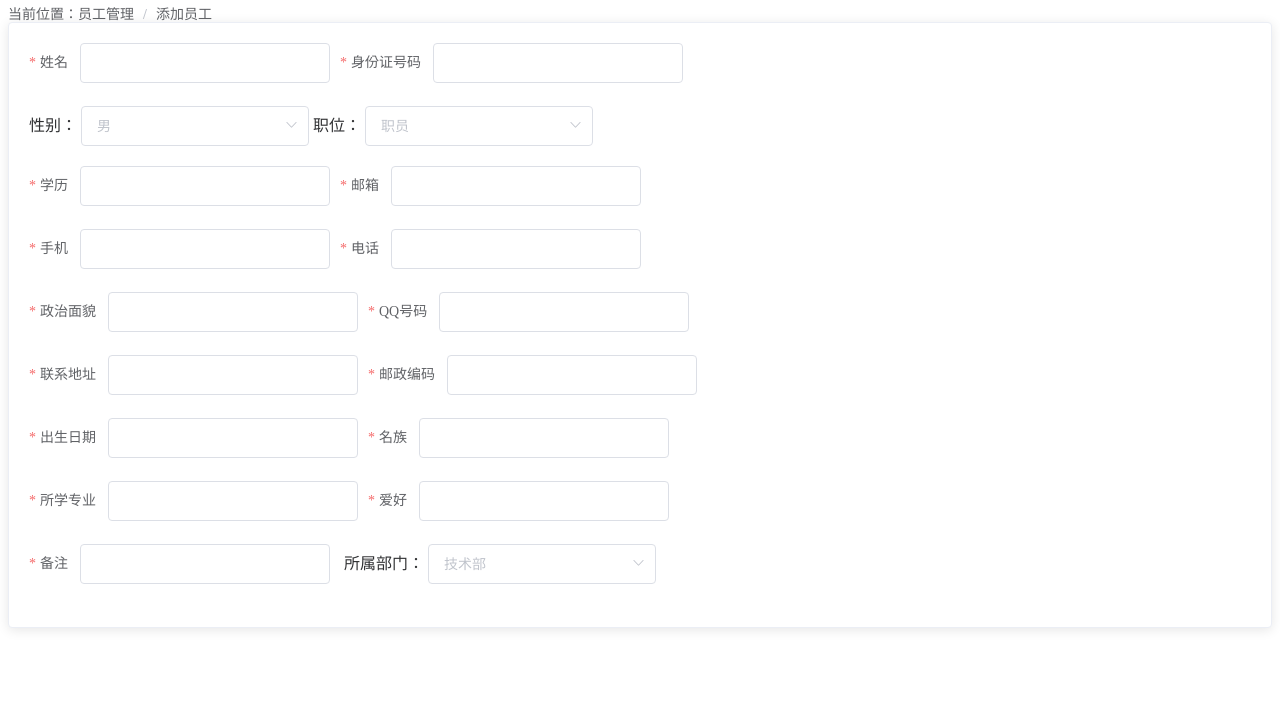
Repository: YUNjwyao/vue_hrm
Page: /#/addEmployee
The author's editor kept a copy of each file at every save. The page is drawn from the files as they stood at one save, then again after the next save.
The browser window is 1280 px wide. The pictures show the whole page.
The project was rebuilt for these pictures with package versions that can differ from the ones it lists, and the page was loaded fresh each time. Also part of the build but not shown: src/components/Employee/EmployeeQuery.vue.

Above is the page before, as saved 2020-10-15 20:43:58.

### src/App.vue
<template>
  <div id="app">
     <!-- 路由占位符 -->
     <router-view></router-view>
  </div>
</template>

<script>

export default {

}
</script>

<style lang="less" scoped>

</style>

### src/router/index.js
import Vue from 'vue'
import VueRouter from 'vue-router'
import EmployeeQuery from '../components/Employee/EmployeeQuery.vue'
import ShowAddEmployee from '../components/Employee/ShowAddEmployee.vue'

Vue.use(VueRouter)

const routes = [
 {
   path: '/employee',component: EmployeeQuery
 },
 {
   path: '/addEmployee',component: ShowAddEmployee
 }
]

const router = new VueRouter({
  routes
})

export default router

### src/plugins/element.js
import Vue from 'vue'
import {
    Button,
    Breadcrumb,
    BreadcrumbItem,
    Card,
    Select,
    Option,
    Input,
    Row,
    Table,
    TableColumn,
    Pagination,
    Form,
    FormItem
} from 'element-ui'


Vue.use(Button)
Vue.use(Breadcrumb)
Vue.use(BreadcrumbItem)
Vue.use(Card)
Vue.use(Select)
Vue.use(Option)
Vue.use(Input)
Vue.use(Row)
Vue.use(Table)
Vue.use(TableColumn)
Vue.use(Pagination)
Vue.use(Form)
Vue.use(FormItem)

### src/components/Employee/ShowAddEmployee.vue
<template>
  <div>
    <!-- 面包屑导航 -->
    <el-breadcrumb separator="/">
      <el-breadcrumb-item>当前位置：员工管理</el-breadcrumb-item>
      <el-breadcrumb-item><a href="/">添加员工</a></el-breadcrumb-item>
    </el-breadcrumb>
    <!-- 表单 -->
    <el-card>
      <el-form
        :model="addForm"
        :rules="addFormRules"
        ref="addFormRef"
        :inline="true"
      >
        <el-row>
          <el-col :span="8">
            <el-form-item label="姓名" prop="name">
              <el-input v-model="addForm.name"></el-input>
            </el-form-item>
          </el-col>
          <el-col :span="8">
            <el-form-item label="身份证号码" prop="IdNumber">
              <el-input v-model="addForm.IdNumber"></el-input>
            </el-form-item>
          </el-col>
        </el-row>
    <!-- 选择框 -->
	<el-row>
		<el-col :span="8">
           性别：
	  <el-select v-model="value" placeholder="男">
          <el-option
            v-for="item in options"
            :key="item.value"
            :label="item.label"
            :value="item.value"
          >
          </el-option>
        </el-select>
		</el-col>
		<el-col :span="8">
              职位：
	  <el-select v-model="value" placeholder="职员">
          <el-option
            v-for="item in optionsJob"
            :key="item.value"
            :label="item.label"
            :value="item.value"
          >
          </el-option>
        </el-select>
		</el-col>
	</el-row>


        <el-row>
          <el-col :span="8">
            <el-form-item label="学历" prop="name">
              <el-input v-model="addForm.name"></el-input>
            </el-form-item>
          </el-col>
          <el-col :span="8">
            <el-form-item label="邮箱" prop="IdNumber">
              <el-input v-model="addForm.IdNumber"></el-input>
            </el-form-item>
          </el-col>
        </el-row>

		<el-row>
          <el-col :span="8">
            <el-form-item label="手机" prop="name">
              <el-input v-model="addForm.name"></el-input>
            </el-form-item>
          </el-col>
          <el-col :span="8">
            <el-form-item label="电话" prop="IdNumber">
              <el-input v-model="addForm.IdNumber"></el-input>
            </el-form-item>
          </el-col>
        </el-row>

   <el-row>
          <el-col :span="8">
            <el-form-item label="政治面貌" prop="name">
              <el-input v-model="addForm.name"></el-input>
            </el-form-item>
          </el-col>
          <el-col :span="8">
            <el-form-item label="QQ号码" prop="IdNumber">
              <el-input v-model="addForm.IdNumber"></el-input>
            </el-form-item>
          </el-col>
        </el-row>
		<el-row>
          <el-col :span="8">
            <el-form-item label="联系地址" prop="name">
              <el-input v-model="addForm.name"></el-input>
            </el-form-item>
          </el-col>
          <el-col :span="8">
            <el-form-item label="邮政编码" prop="IdNumber">
              <el-input v-model="addForm.IdNumber"></el-input>
            </el-form-item>
          </el-col>
        </el-row>

		<el-row>
          <el-col :span="8">
            <el-form-item label="出生日期" prop="name">
              <el-input v-model="addForm.name"></el-input>
            </el-form-item>
          </el-col>
          <el-col :span="8">
            <el-form-item label="名族" prop="IdNumber">
              <el-input v-model="addForm.IdNumber"></el-input>
            </el-form-item>
          </el-col>
        </el-row>

		<el-row>
          <el-col :span="8">
            <el-form-item label="所学专业" prop="name">
              <el-input v-model="addForm.name"></el-input>
            </el-form-item>
          </el-col>
          <el-col :span="8">
            <el-form-item label="爱好" prop="IdNumber">
              <el-input v-model="addForm.IdNumber"></el-input>
            </el-form-item>
          </el-col>
        </el-row>

		<el-row>
          <el-col :span="8">
            <el-form-item label="备注" prop="name">
              <el-input v-model="addForm.name"></el-input>
            </el-form-item>
          </el-col>
          <el-col :span="8">
			  所属部门：
            <el-select v-model="value" placeholder="技术部">
          <el-option
            v-for="item in optionsDoor"
            :key="item.value"
            :label="item.label"
            :value="item.value"
          >
          </el-option>
        </el-select>
          </el-col>
        </el-row>

      </el-form>
    </el-card>
  </div>
</template>

<script>
export default {
  data() {
    return {
      // 添加表单对象
      addForm: {
        name: "",
        IdNumber: "",
      },
      // 添加表单校验规则对象
      addFormRules: {
        name: [
          { required: true, message: "请输入活动名称", trigger: "blur" },
          { min: 3, max: 5, message: "长度在 3 到 5 个字符", trigger: "blur" },
        ],
        IdNumber: [
          { required: true, message: "请输入活动名称", trigger: "blur" },
        ],
	  },
	   optionsJob: [
        {
          value: "选项1",
          label: "经理",
        },
        {
          value: "选项2",
          label: "职员",
        },
	  ],
	  options: [
        {
          value: "选项1",
          label: "男",
        },
        {
          value: "选项2",
          label: "女",
        },
	  ],
	  optionsDoor: [
		  {
          value: "选项1",
          label: "技术部",
        },
        {
          value: "选项2",
          label: "项目部",
        }
	  ]
    };
  },
};
</script>

<style lang="less" scoped>
.el-input {
  width: 250px;
}
.el-select{
	margin-bottom: 20px;
}
</style>

Loaded but not shown: public/index.html (common file); src/main.js (common file); src/store/index.js (common file)

After the next save:
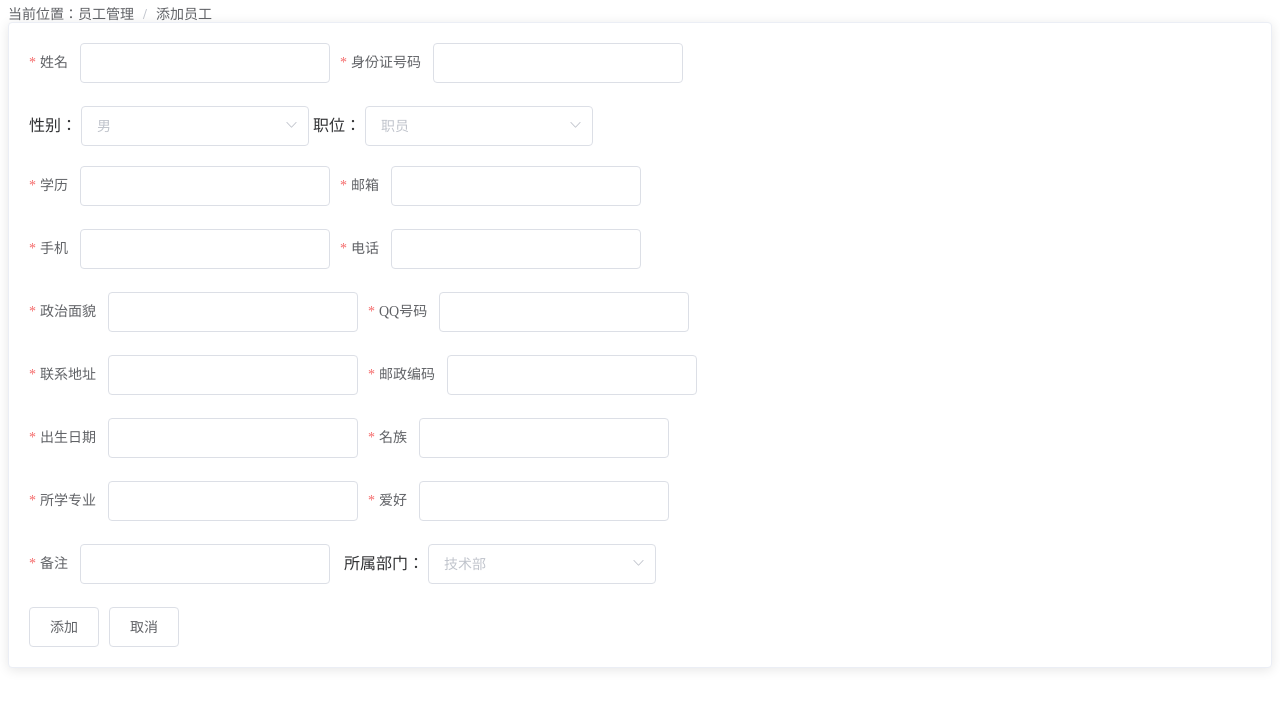
Saved 63 s later.
--- a/src/components/Employee/ShowAddEmployee.vue
+++ b/src/components/Employee/ShowAddEmployee.vue
@@ -150,7 +150,10 @@
         </el-select>
           </el-col>
         </el-row>
-
+        <el-row>
+			<el-button>添加</el-button>
+			<el-button>取消</el-button>
+		</el-row>
       </el-form>
     </el-card>
   </div>
